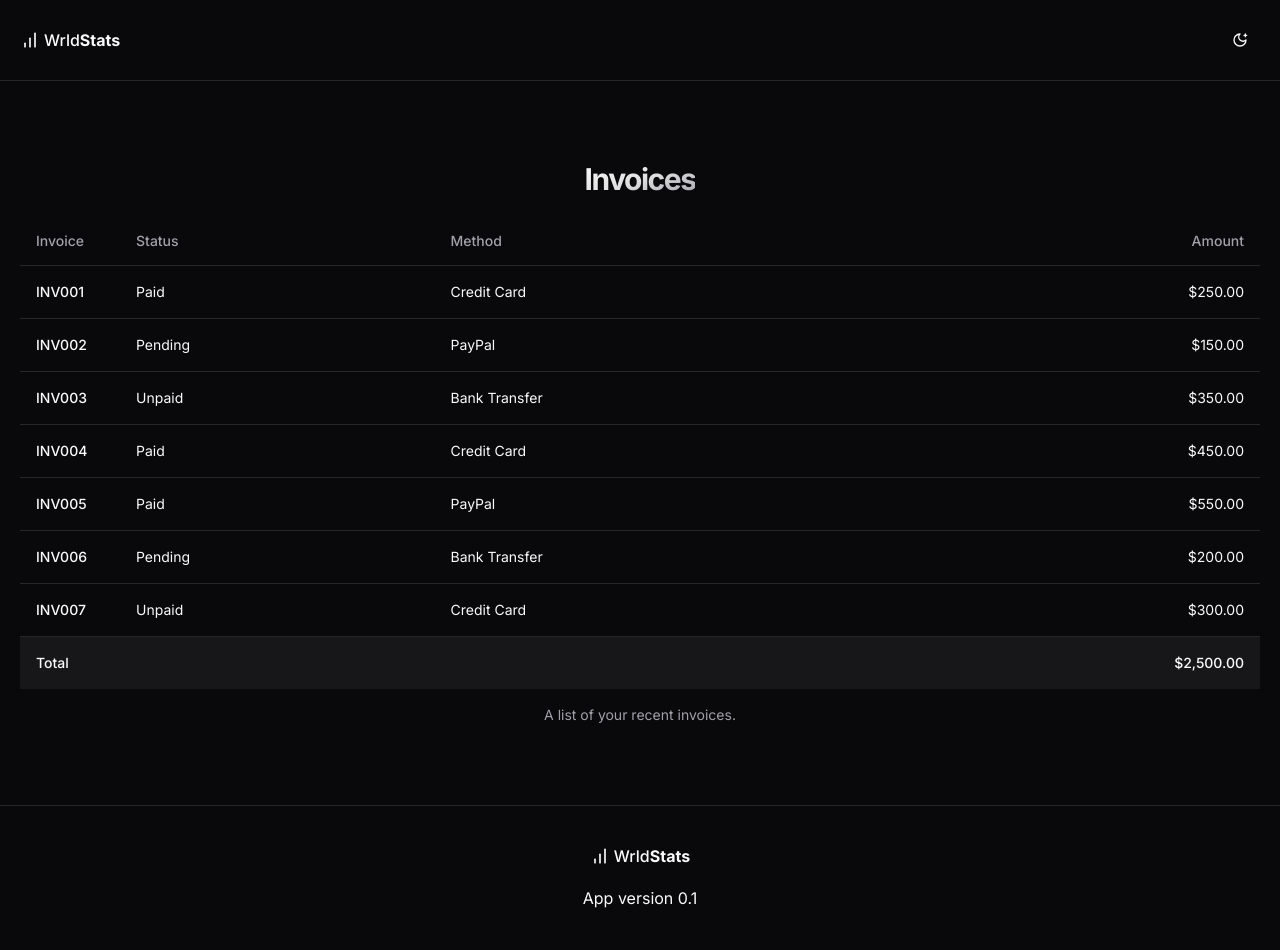
Repository: tushcmd/wrld-stats
Page: /
An editor plug-in stored every save of this project. The page is shown before and after the next save, followed by the edit.
The browser window is 1280 px wide. The pictures show the whole page.
The project was rebuilt for these pictures with package versions that can differ from the ones it lists, and the page was loaded fresh each time. The framework's server and built-in components were replaced by stand-ins that run in the browser. Also part of the build but not shown: next.config.mjs.

Above is the page before, as saved 2024-04-21 14:11:23.

After the next save:
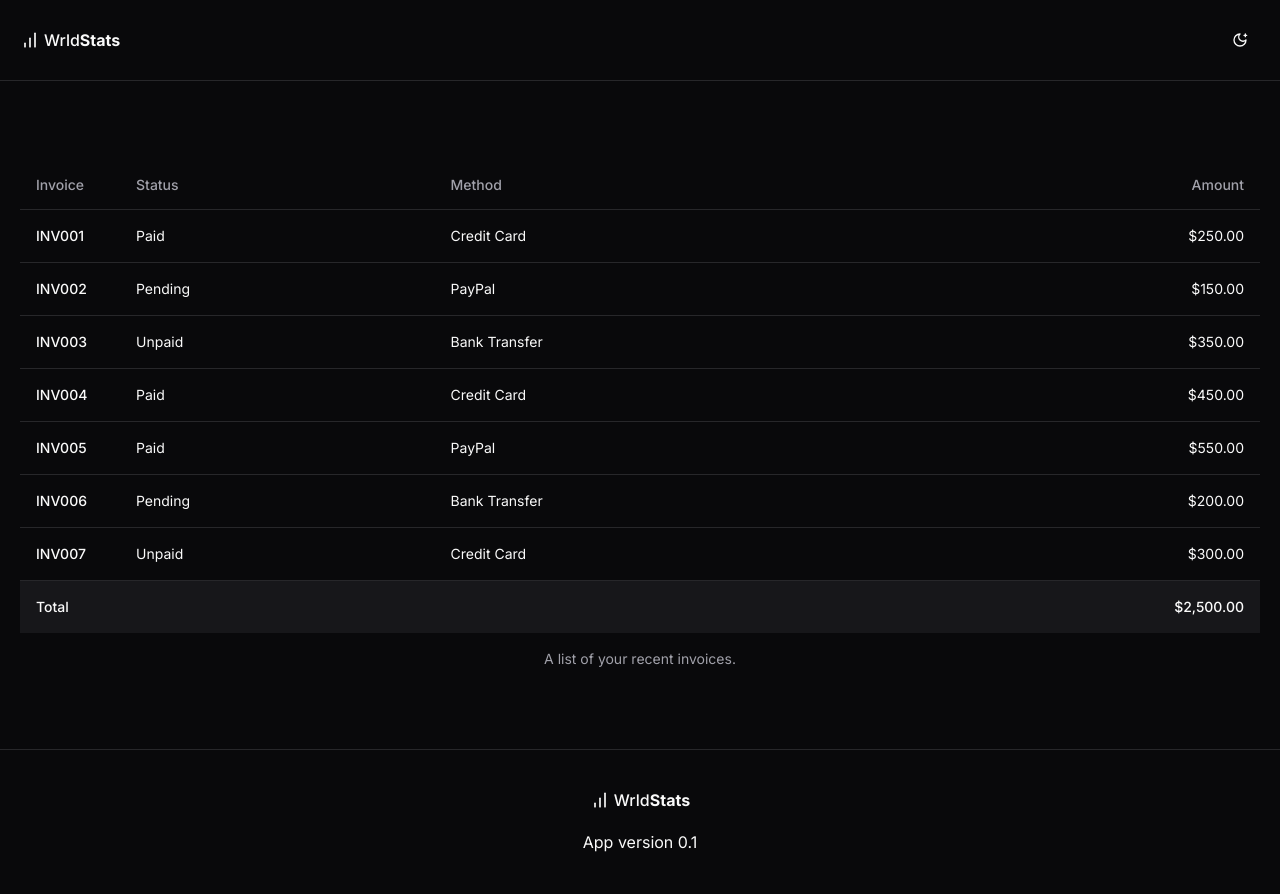
Saved 30 s later.
--- a/components/Hero.tsx
+++ b/components/Hero.tsx
@@ -6,9 +6,7 @@ import { TableDemo } from './list'
 const Hero: FC = () => {
   return (
     <section className="flex flex-col items-center justify-center gap-5 max-w-7xl">
-      <div>
-        <p className='text-lg lg:text-3xl tracking-tighter font-bold bg-gradient-to-br from-foreground via-secondary-foreground/90 to-muted-foreground bg-clip-text text-transparent drop-shadow-sm'>Invoices</p>
-      </div>
+
 
       <TableDemo />
     </section>
